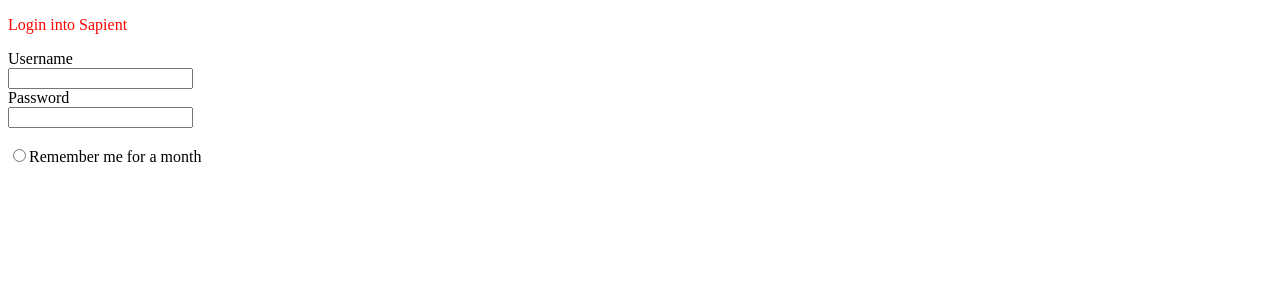
Repository: sauran/SapientTraining
Page: DemoProject/WebContent/Login.html
The author's editor kept a copy of each file at every save. The page is drawn from the files as they stood at one save, then again after the next save.
The browser window is 1280 px wide. The pictures show the whole page.

Above is the page before, as saved 2015-09-15 08:55:19.

After the next save:
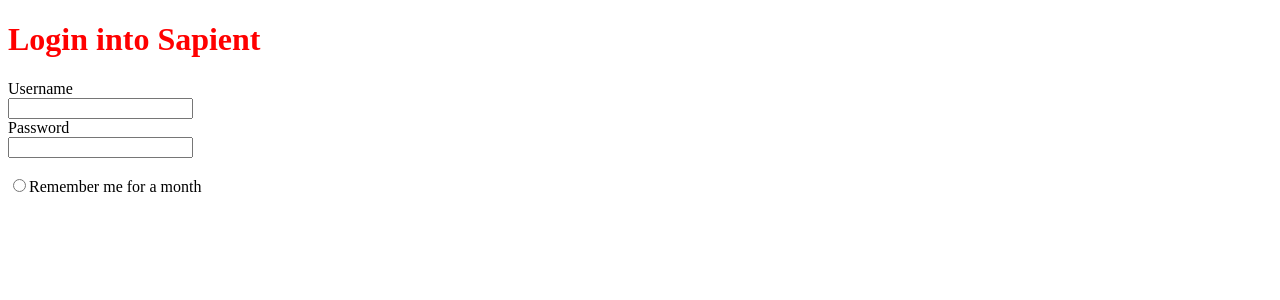
Saved 16 s later.
--- a/DemoProject/WebContent/Login.html
+++ b/DemoProject/WebContent/Login.html
@@ -6,7 +6,7 @@
 </head>
 <body>
 
-<p style = "color:red"> Login into Sapient </p>
+<h1 style = "color:red"> Login into Sapient </h1>
 <form action=""  method = "get" id = "form">
 Username <br>
 <input  type = "text"   name = "username"><br>
